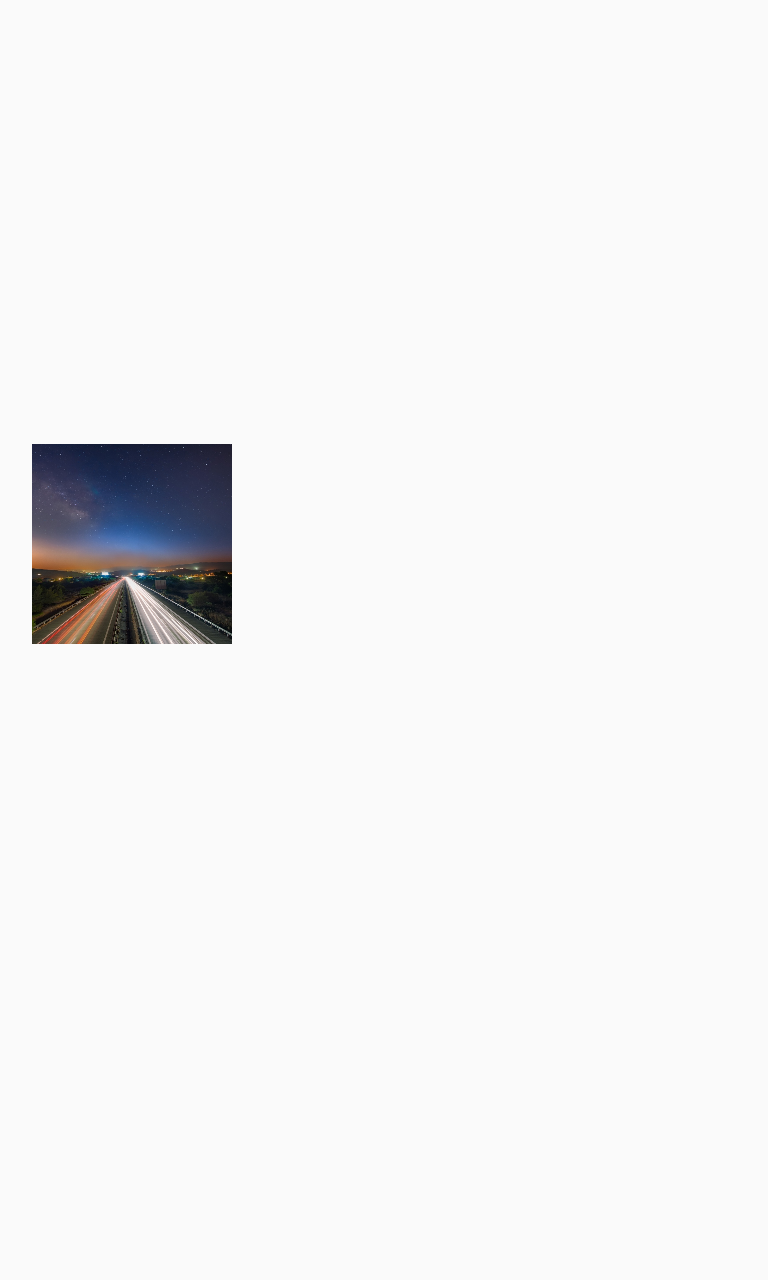
Repository: MarcSelles/nPuzzle10447768
Layout: NPuzzle10447768/res/layout/activity_main.xml
The author's editor kept a copy of each file at every save. The layout is drawn from the files as they stood at one save, then again after the next save.
It is drawn on a 768 x 1280 px phone screen (xhdpi) without system bars, with theme AppTheme; the app's code is not run.

Above is the layout before, as saved 2014-11-22 17:17:35.

### NPuzzle10447768/res/layout/activity_main.xml
<RelativeLayout xmlns:android="http://schemas.android.com/apk/res/android"
    xmlns:tools="http://schemas.android.com/tools"
    android:layout_width="match_parent"
    android:layout_height="match_parent"
    android:paddingBottom="@dimen/activity_vertical_margin"
    android:paddingLeft="@dimen/activity_horizontal_margin"
    android:paddingRight="@dimen/activity_horizontal_margin"
    android:paddingTop="@dimen/activity_vertical_margin"
    tools:context="nl.mprog.projects.NPuzzle10447768.MainActivity" >

    <ImageView
        android:id="@+id/imageView1"
        android:layout_width="100"
        android:layout_height="wrap_content"
        android:src="@drawable/rush_hour" />

</RelativeLayout>

Loaded but not shown: NPuzzle10447768/res/values/styles.xml (common file); NPuzzle10447768/res/values-v11/styles.xml (common file); NPuzzle10447768/res/values-v14/styles.xml (common file); NPuzzle10447768/res/values/dimens.xml (common file); NPuzzle10447768/res/values-w820dp/dimens.xml (common file)

After the next save:
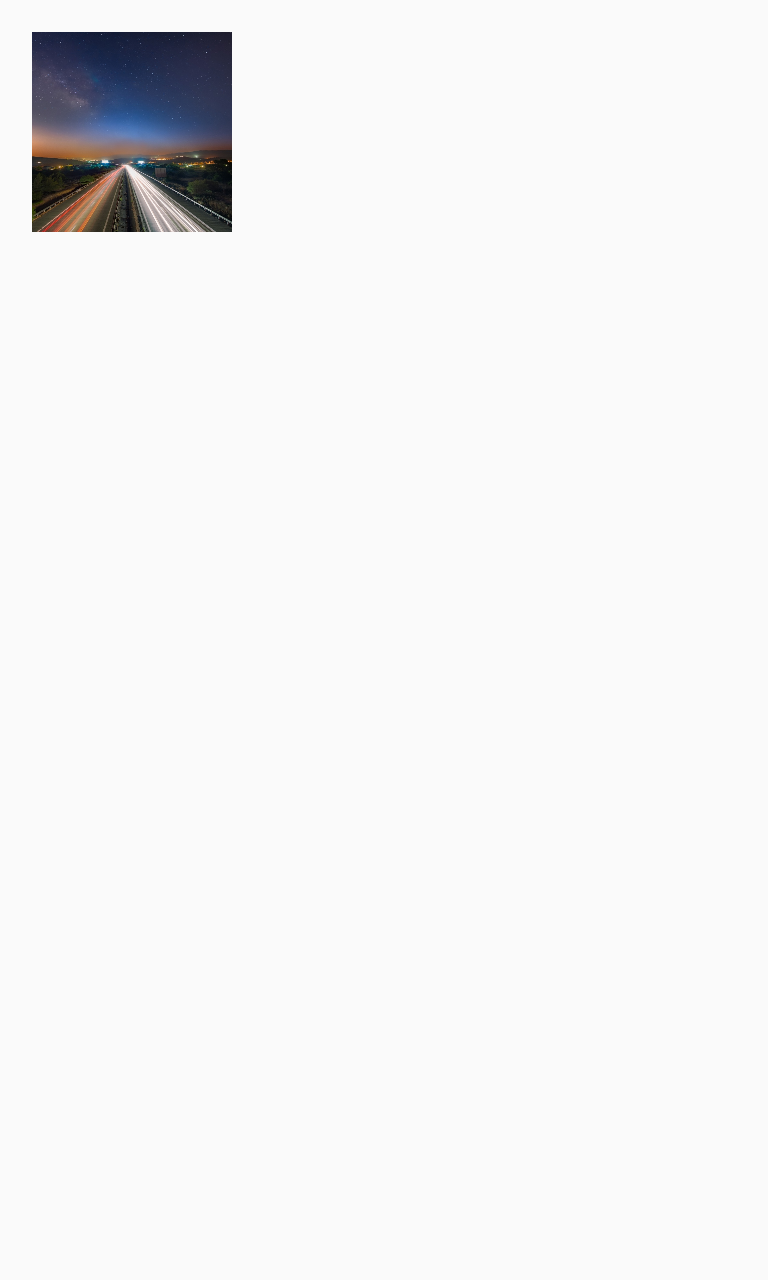
Saved 9 s later.
--- a/NPuzzle10447768/res/layout/activity_main.xml
+++ b/NPuzzle10447768/res/layout/activity_main.xml
@@ -11,7 +11,7 @@
     <ImageView
         android:id="@+id/imageView1"
         android:layout_width="100"
-        android:layout_height="wrap_content"
+        android:layout_height="100"
         android:src="@drawable/rush_hour" />
 
 </RelativeLayout>
